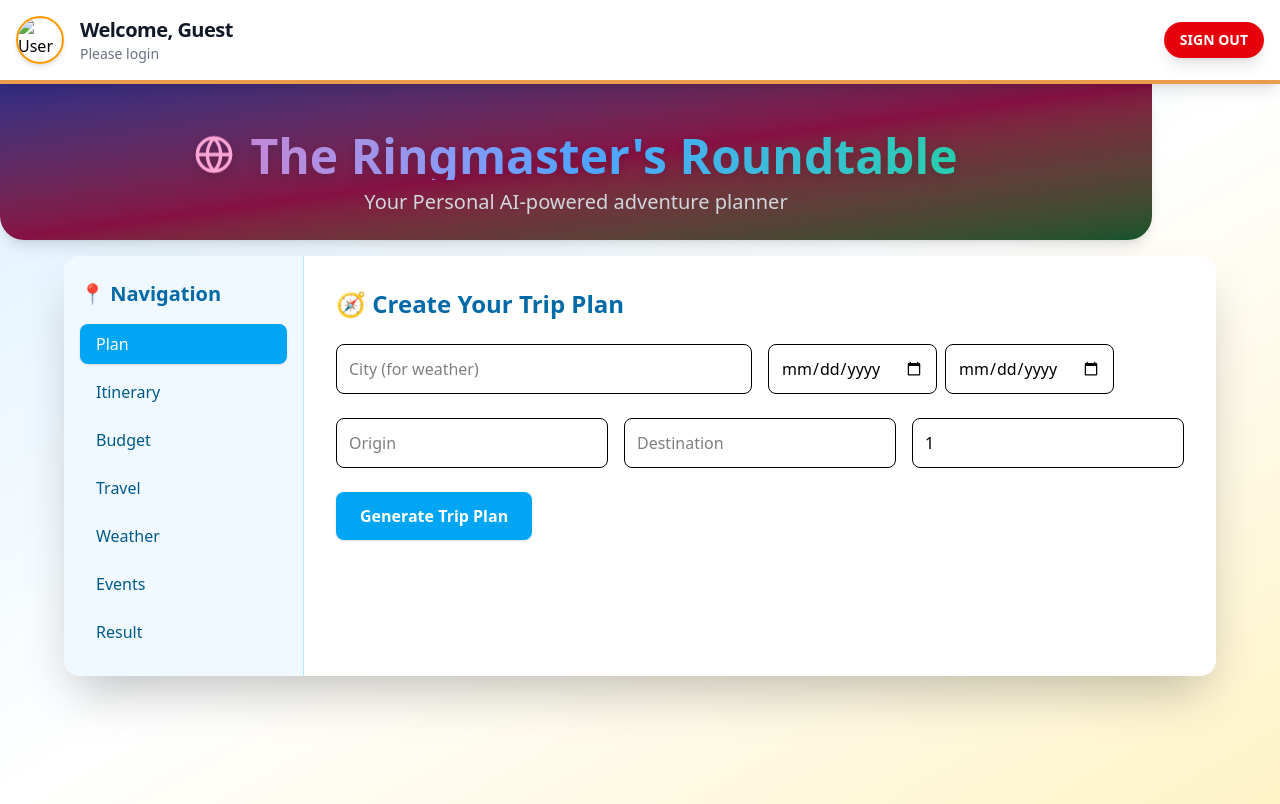
Repository: vega2006/The-Ringmaster-s-Roundtable
Page: /dashboard (app in client/)
The author's editor kept a copy of each file at every save. The page is drawn from the files as they stood at one save, then again after the next save.
The browser window is 1280 px wide. The pictures show the whole page.
The page's requests for data from a server got no answer. The project was rebuilt for these pictures with package versions that can differ from the ones it lists, and the page was loaded fresh each time. No one was signed in, and anything a server would have sent is missing. Also part of the build but not shown: client/vite.config.js, client/src/components/GoogleLogin.jsx, client/src/components/NotFound.jsx, client/src/components/WeatherContent.jsx, client/src/components/TravelContent.jsx, client/src/components/ItineraryContent.jsx, client/src/components/BudgetContent.jsx, client/src/components/EventsContent.jsx and 11 more.

Above is the page before, as saved 2025-10-10 20:55:17.

After the next save:
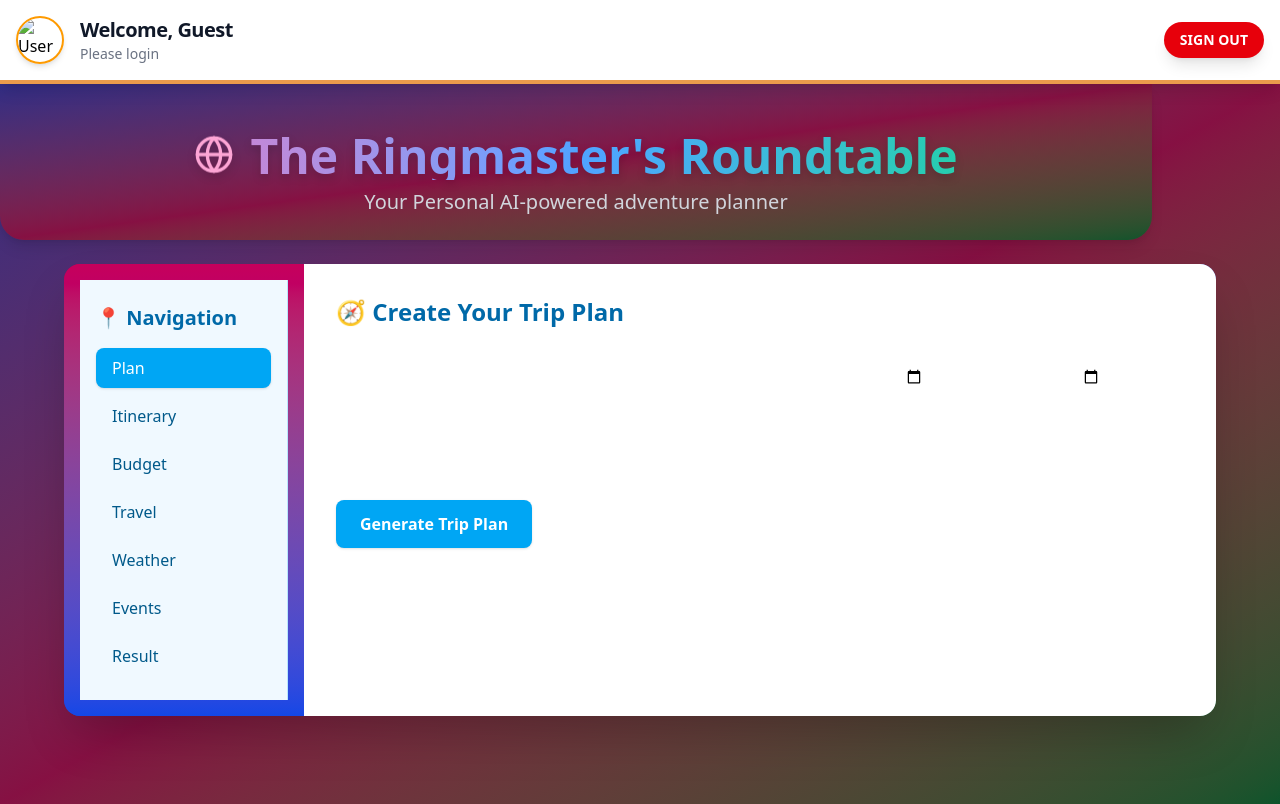
Saved 59 s later.
--- a/client/src/pages/Dashboard.jsx
+++ b/client/src/pages/Dashboard.jsx
@@ -64,17 +64,26 @@ const Dashboard = () => {
             </div>
 
       <TripProvider>
-        <div className="min-h-screen bg-gradient-to-br from-sky-100 via-white to-amber-100 font-inter">
-          <AppHeader />
-          <div className="max-w-6xl mx-auto grid grid-cols-1 md:grid-cols-[240px_1fr] bg-white shadow-2xl rounded-2xl overflow-hidden mt-4 mb-8">
-            <Sidebar />
+       <div className="min-h-screen bg-gradient-to-br from-indigo-900 via-pink-900 to-green-900 font-inter text-white">
+  <AppHeader />
 
-            <MainContent>
+  <div className="max-w-6xl mx-auto grid grid-cols-1 md:grid-cols-[240px_1fr]
+                  bg-gradient-to-br from-pink-800 via-blue-800 to-green-800
+                  shadow-2xl rounded-2xl overflow-hidden mt-6 mb-8">
 
-              <ContentRouter />
-            </MainContent>
-          </div>
-        </div>
+    {/* Sidebar */}
+    <div className="bg-gradient-to-b from-pink-700 to-blue-700 p-4">
+      <Sidebar />
+    </div>
+
+    {/* Main Content */}
+    <MainContent>
+      <ContentRouter />
+    </MainContent>
+
+  </div>
+</div>
+
     </TripProvider>
 
     </div>
